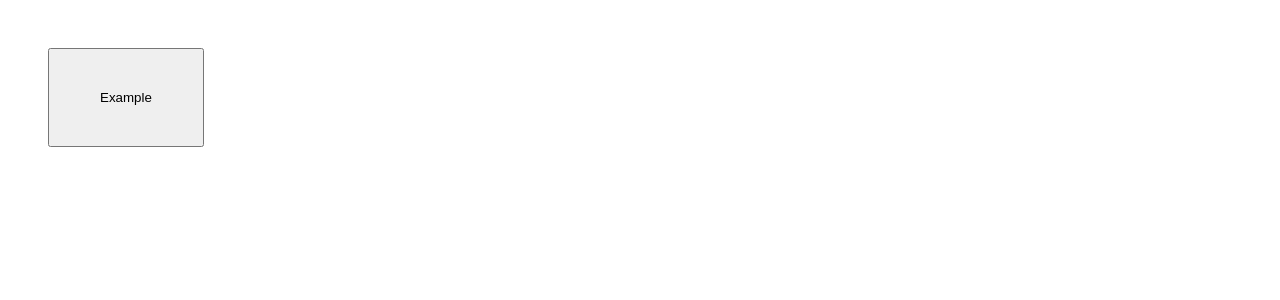
Repository: Folody-Team/Patery-UI
Page: example/index.html
The author's editor kept a copy of each file at every save. The page is drawn from the files as they stood at one save, then again after the next save.
The browser window is 1280 px wide. The pictures show the whole page.

Above is the page before, as saved 2022-01-17 09:51:12.

After the next save:
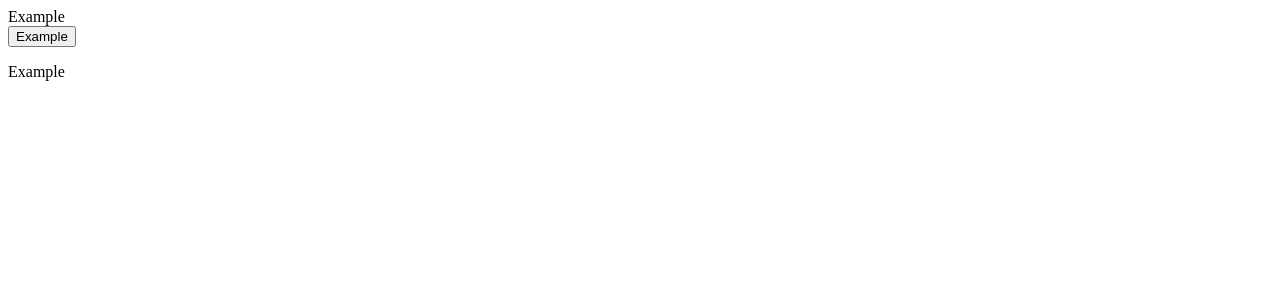
Saved 46 min 8 s later.
--- a/example/index.html
+++ b/example/index.html
@@ -7,9 +7,10 @@
     <title>Example</title>
 </head>
 <body>
-    <PateryPadding class="test" padV="40px" padH="40px">
-        <button padV="40px" padH="50px">Example</button>
-    </PateryPadding>
-   <script src="../patery.js"></script>
+    <div padV="30px" padH="20px">Example</div>
+    <button padV="30px" padH="20px">Example</button>
+    <p padV="30px" padH="20px">Example</p>
+    <!-- ..... more -->
+    <script src="https://cdn.jsdelivr.net/gh/Folody-Team/Patery-UI/patery.js"></script>
 </body>
 </html>
